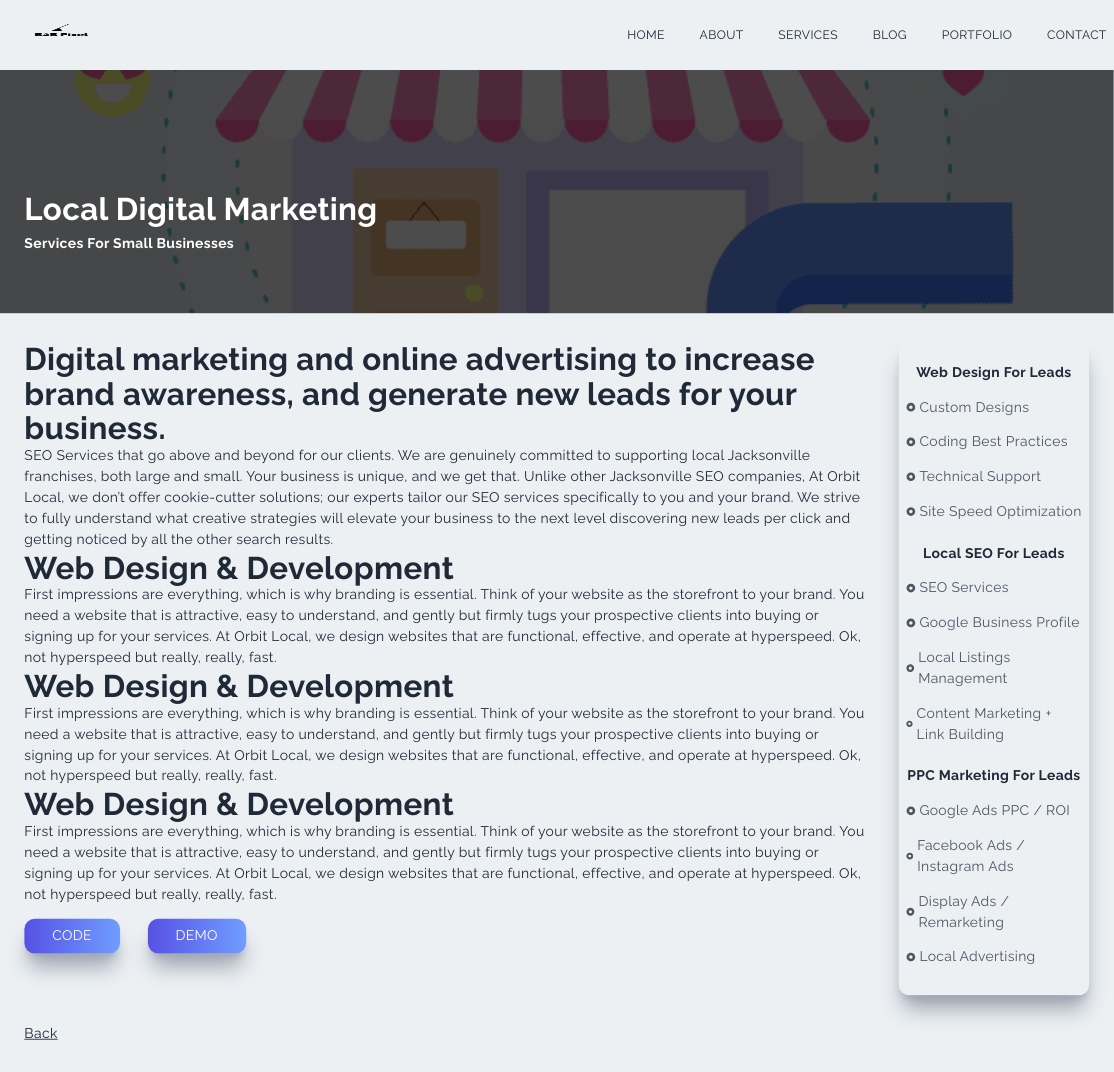
Repository: DID0101/nextjs.b2b
Page: /property
The author's editor kept a copy of each file at every save. The page is drawn from the files as they stood at one save, then again after the next save.
The browser window is 1280 px wide. The pictures show the whole page, at 87% of full size.
The project was rebuilt for these pictures with package versions that can differ from the ones it lists, and the page was loaded fresh each time. The framework's server and built-in components were replaced by stand-ins that run in the browser. Also part of the build but not shown: next.config.js.

Above is the page before, as saved 2024-01-22 02:44:19.

### pages/property.jsx
import Image from 'next/image';
import React from 'react';
import propertyImg from '../public/assets/projects/property.jpg';
import { RiRadioButtonFill } from 'react-icons/ri';
import Link from 'next/link';

const property = () => {
  return (
    <div className='w-full'>
      <div className='w-screen h-[50vh] relative'>
        <div className='absolute top-0 left-0 w-full h-[50vh] bg-black/70 z-10' />
        <Image
          className='absolute z-1'
          layout='fill'
          objectFit='cover'
          src={propertyImg}
          alt='/'
        />
        <div className='absolute top-[70%] max-w-[1240px] w-full left-[50%] right-[50%] translate-x-[-50%] translate-y-[-50%] text-white z-10 p-2'>
          <h2 className='py-2'>Local Digital Marketing</h2>
          <h3>Services For Small Businesses</h3>
        </div>
      </div>

      <div className='max-w-[1240px] mx-auto p-2 grid md:grid-cols-5 gap-8 py-8'>
        <div className='col-span-4'>
          {/* <p>Project</p> */}
          <h2>Digital marketing and online advertising to increase brand awareness, and generate new leads for your  business.</h2>
          <p>
          SEO Services that go above and beyond for our clients. We are genuinely committed to supporting local Jacksonville franchises, both large and small. Your business is unique, and we get that. Unlike other Jacksonville SEO companies, At Orbit Local, we don’t offer cookie-cutter solutions; our experts tailor our SEO services specifically to you and your brand. We strive to fully understand what creative strategies will elevate your business to the next level discovering new leads per click and getting noticed by all the other search results.
          </p>
          <h2>Web Design & Development</h2>
          <p>
          First impressions are everything, which is why branding is essential. Think of your website as the storefront to your brand. You need a website that is attractive, easy to understand, and gently but firmly tugs your prospective clients into buying or signing up for your services. At Orbit Local, we design websites that are functional, effective, and operate at hyperspeed. Ok, not hyperspeed but really, really, fast.
          </p>
          <h2>Web Design & Development</h2>
          <p>
          First impressions are everything, which is why branding is essential. Think of your website as the storefront to your brand. You need a website that is attractive, easy to understand, and gently but firmly tugs your prospective clients into buying or signing up for your services. At Orbit Local, we design websites that are functional, effective, and operate at hyperspeed. Ok, not hyperspeed but really, really, fast.
          </p>
          <h2>Web Design & Development</h2>
          <p>
          First impressions are everything, which is why branding is essential. Think of your website as the storefront to your brand. You need a website that is attractive, easy to understand, and gently but firmly tugs your prospective clients into buying or signing up for your services. At Orbit Local, we design websites that are functional, effective, and operate at hyperspeed. Ok, not hyperspeed but really, really, fast.
          </p>
          <a
            href='https://github.com/fireclint/property-finder'
            target='_blank'
            rel='noreferrer'
          >
            <button className='px-8 py-2 mt-4 mr-8'>Code</button>
          </a>
          <a
            href='https://property-finder-development.web.app/'
            target='_blank'
            rel='noreferrer'
          >
            <button className='px-8 py-2 mt-4'>Demo</button>
          </a>
        </div>
        <div className='col-span-4 md:col-span-1 shadow-xl shadow-gray-400 rounded-xl py-4'>
          <div className='p-2'>
            <p className='text-center font-bold pb-2'>Web Design For Leads</p>
            <div className='grid grid-cols-3 md:grid-cols-1'>
              <p className='text-gray-600 py-2 flex items-center'>
                <RiRadioButtonFill className='pr-1' /> Custom Designs
              </p>
              <p className='text-gray-600 py-2 flex items-center'>
                <RiRadioButtonFill className='pr-1' /> Coding Best Practices
              </p>
              <p className='text-gray-600 py-2 flex items-center'>
                <RiRadioButtonFill className='pr-1' /> Technical Support
              </p>
              <p className='text-gray-600 py-2 flex items-center'>
                <RiRadioButtonFill className='pr-1' /> Site Speed Optimization
              </p>

            </div>
          </div>
          <div className='p-2'>
            <p className='text-center font-bold pb-2'>Local SEO For Leads</p>
            <div className='grid grid-cols-3 md:grid-cols-1'>
              <p className='text-gray-600 py-2 flex items-center'>
                <RiRadioButtonFill className='pr-1' /> SEO Services
              </p>
              <p className='text-gray-600 py-2 flex items-center'>
                <RiRadioButtonFill className='pr-1' /> Google Business Profile
              </p>
              <p className='text-gray-600 py-2 flex items-center'>
                <RiRadioButtonFill className='pr-1' /> Local Listings Management
              </p>
              <p className='text-gray-600 py-2 flex items-center'>
                <RiRadioButtonFill className='pr-1' /> Content Marketing + Link Building
              </p>

            </div>
          </div>
          <div className='p-2'>
            <p className='text-center font-bold pb-2'>PPC Marketing For Leads</p>
            <div className='grid grid-cols-3 md:grid-cols-1'>
              <p className='text-gray-600 py-2 flex items-center'>
                <RiRadioButtonFill className='pr-1' /> Google Ads PPC / ROI
              </p>
              <p className='text-gray-600 py-2 flex items-center'>
                <RiRadioButtonFill className='pr-1' /> Facebook Ads / Instagram Ads
              </p>
              <p className='text-gray-600 py-2 flex items-center'>
                <RiRadioButtonFill className='pr-1' /> Display Ads / Remarketing
              </p>
              <p className='text-gray-600 py-2 flex items-center'>
                <RiRadioButtonFill className='pr-1' /> Local Advertising
              </p>

            </div>
          </div>
        </div>


        <Link href='/#projects'>
          <p className='underline cursor-pointer'>Back</p>
        </Link>
      </div>
    </div>
  );
};

export default property;

### components/Navbar.jsx
import Image from 'next/image';
import Link from 'next/link';
import React, { useState, useEffect } from 'react';
import { AiOutlineClose, AiOutlineMail, AiOutlineMenu } from 'react-icons/ai';
import { FaGithub, FaLinkedinIn } from 'react-icons/fa';
import { BsFillPersonLinesFill } from 'react-icons/bs';
// import { useRouter } from 'next/router';
import NavLogo from '../public/assets/navLogo.png'

const Navbar = () => {
  const [nav, setNav] = useState(false);
  const [shadow, setShadow] = useState(false);
  const [navBg, setNavBg] = useState('#ecf0f3');
  const [linkColor, setLinkColor] = useState('#1f2937');
  // const [position, setPosition] = useState('fixed')
  // const router = useRouter();

  // useEffect(() => {
  //   if (
  //     router.asPath === '/property' ||
  //     router.asPath === '/crypto' ||
  //     router.asPath === '/netflix' ||
  //     router.asPath === '/twitch'
  //   ) {
  //     setNavBg('transparent');
  //     setLinkColor('#ecf0f3');
  //   } else {
  //     setNavBg('#ecf0f3');
  //     setLinkColor('#1f2937');
  //   }
  // }, [router]);

  const handleNav = () => {
    setNav(!nav);
  };

  useEffect(() => {
    const handleShadow = () => {
      if (window.scrollY >= 90) {
        setShadow(true);
      } else {
        setShadow(false);
      }
    };
    window.addEventListener('scroll', handleShadow);
  }, []);

  return (
    <div
      style={{ backgroundColor: `${navBg}` }}
      className={
        shadow
          ? 'fixed w-full h-20 shadow-xl z-[100] ease-in-out duration-300'
          : 'fixed w-full h-20 z-[100]'
      }
    >
      <div className='flex justify-between items-center w-full h-full px-2 2xl:px-16'>
        <Link href='/'>
          <a>
            <Image
              src={NavLogo}
              alt='/'
              width='125'
              height='50'
              className='cursor-pointer'
            />
          </a>
        </Link>
        <div>
          <ul style={{ color: `${linkColor}` }} className='hidden md:flex'>
            <li className='ml-10 text-sm uppercase hover:border-b'>
              <Link href='/'>Home</Link>
            </li>
            <li className='ml-10 text-sm uppercase hover:border-b'>
              <Link href='/#about'>About</Link>
            </li>
            <li className='ml-10 text-sm uppercase hover:border-b'>
              <Link href='/#skills'>Services</Link>
            </li>
            <li className='ml-10 text-sm uppercase hover:border-b'>
              <Link href='/#projects'>Blog</Link>
            </li>
            <li className='ml-10 text-sm uppercase hover:border-b'>
              <Link href='/resume'>Portfolio</Link>
            </li>
            <li className='ml-10 text-sm uppercase hover:border-b'>
              <Link href='/#contact'>Contact</Link>
            </li>
          </ul>
          {/* Hamburger Icon */}
          <div
            style={{ color: `${linkColor}` }}
            onClick={handleNav}
            className='md:hidden'
          >
            <AiOutlineMenu size={25} />
          </div>
        </div>
      </div>

      {/* Mobile Menu */}
      {/* Overlay */}
      <div
        className={
          nav ? 'md:hidden fixed left-0 top-0 w-full h-screen bg-black/70' : ''
        }
      >
        {/* Side Drawer Menu */}
        <div
          className={
            nav
              ? ' fixed left-0 top-0 w-[75%] sm:w-[60%] md:w-[45%] h-screen bg-[#ecf0f3] p-10 ease-in duration-500'
              : 'fixed left-[-100%] top-0 p-10 ease-in duration-500'
          }
        >
          <div>
            <div className='flex w-full items-center justify-between'>
              <Link href='/'>
                <a>
                  <Image
                    src={NavLogo}
                    width='87'
                    height='35'
                    alt='/'
                  />
                </a>
              </Link>
              <div
                onClick={handleNav}
                className='rounded-full shadow-lg shadow-gray-400 p-3 cursor-pointer'
              >
                <AiOutlineClose />
              </div>
            </div>
            <div className='border-b border-gray-300 my-4'>
              <p className='w-[85%] md:w-[90%] py-4'>
                Let&#39;s build something legendary together
              </p>
            </div>
          </div>
          <div className='py-4 flex flex-col'>
            <ul className='uppercase'>
              <Link href='/'>
                <li onClick={() => setNav(false)} className='py-4 text-sm'>
                  Home
                </li>
              </Link>
              <Link href='/#about'>
                <li onClick={() => setNav(false)} className='py-4 text-sm'>
                  About
                </li>
              </Link>
              <Link href='/#skills'>
                <li onClick={() => setNav(false)} className='py-4 text-sm'>
                  Skills
                </li>
              </Link>
              <Link href='/#projects'>
                <li onClick={() => setNav(false)} className='py-4 text-sm'>
                  Projects
                </li>
              </Link>
              <Link href='/resume'>
                <li onClick={() => setNav(false)} className='py-4 text-sm'>
                  Resume
                </li>
              </Link>
              <Link href='/#contact'>
                <li onClick={() => setNav(false)} className='py-4 text-sm text-[#ac4d5a]'>
                  Save My Spot
                </li>
              </Link>
            </ul>
            <div className='pt-40'>
              <p className='uppercase tracking-widest text-[#5651e5]'>
                Let&#39;s Connect
              </p>
              <div className='flex items-center justify-between my-4 w-full sm:w-[80%]'>
                <a
                  href='https://www.linkedin.com/in/clint-briley-50056920a/'
                  target='_blank'
                  rel='noreferrer'
                >
                  <div className='rounded-full shadow-lg shadow-gray-400 p-3 cursor-pointer hover:scale-105 ease-in duration-300'>
                    <FaLinkedinIn />
                  </div>
                </a>
                <a
                  href='https://github.com/fireclint'
                  target='_blank'
                  rel='noreferrer'
                >
                  <div className='rounded-full shadow-lg shadow-gray-400 p-3 cursor-pointer hover:scale-105 ease-in duration-300'>
                    <FaGithub />
                  </div>
                </a>
                <Link href='/#contact'>
                  <div
                    onClick={() => setNav(!nav)}
                    className='rounded-full shadow-lg shadow-gray-400 p-3 cursor-pointer hover:scale-105 ease-in duration-300'
                  >
                    <AiOutlineMail />
                  </div>
                </Link>
                <Link href='/resume'>
                  <div
                    onClick={() => setNav(!nav)}
                    className='rounded-full shadow-lg shadow-gray-400 p-3 cursor-pointer hover:scale-105 ease-in duration-300'
                  >
                    <BsFillPersonLinesFill />
                  </div>
                </Link>
              </div>
            </div>
          </div>
        </div>
      </div>
    </div>
  );
};

export default Navbar;

Loaded but not shown: pages/_app.js (common file); pages/_document.js (common file); styles/globals.css (common file); tailwind.config.js (common file)

After the next save:
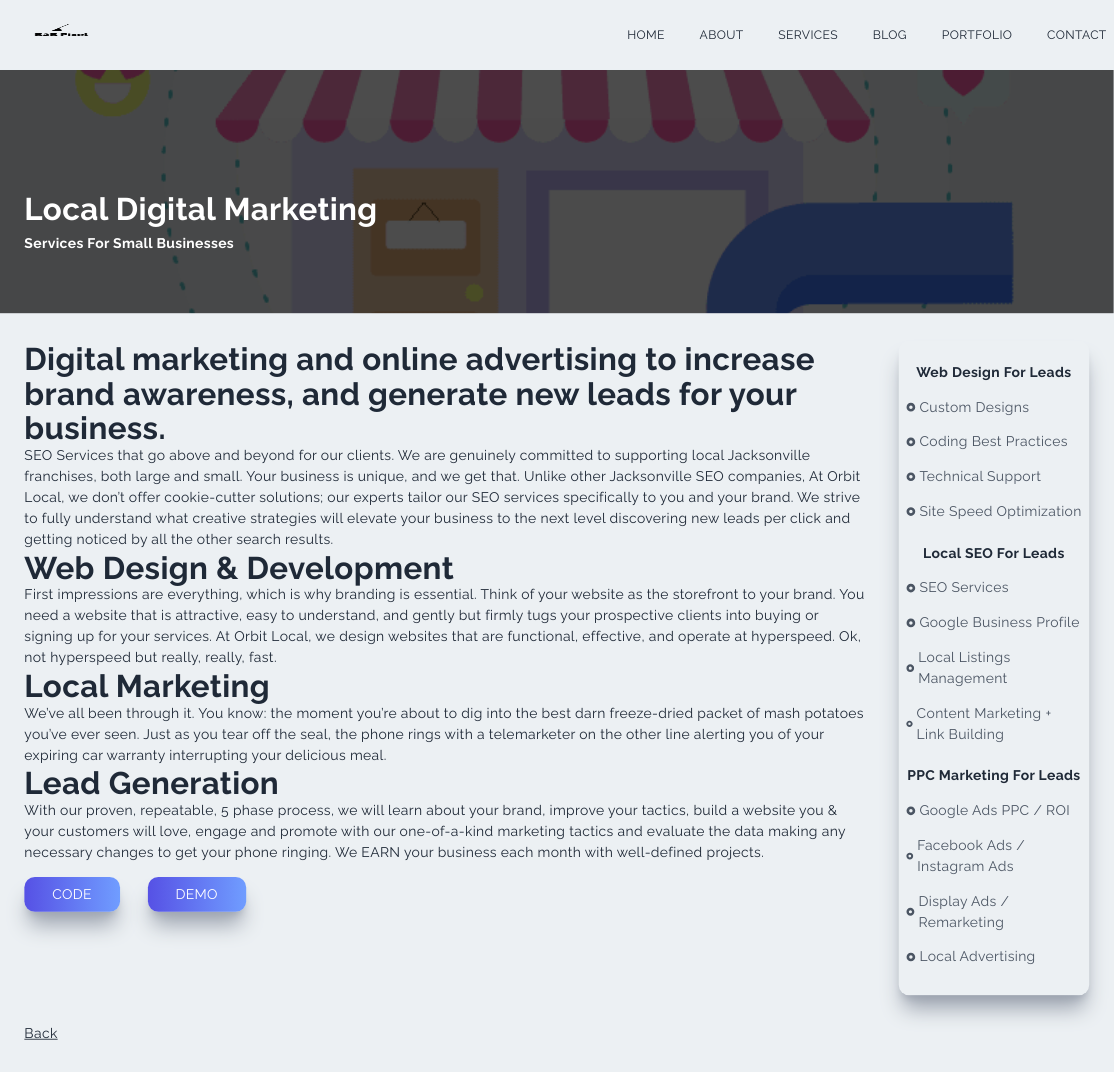
Saved 44 s later.
--- a/pages/property.jsx
+++ b/pages/property.jsx
@@ -33,13 +33,13 @@
           <p>
           First impressions are everything, which is why branding is essential. Think of your website as the storefront to your brand. You need a website that is attractive, easy to understand, and gently but firmly tugs your prospective clients into buying or signing up for your services. At Orbit Local, we design websites that are functional, effective, and operate at hyperspeed. Ok, not hyperspeed but really, really, fast.
           </p>
-          <h2>Web Design & Development</h2>
+          <h2>Local Marketing</h2>
           <p>
-          First impressions are everything, which is why branding is essential. Think of your website as the storefront to your brand. You need a website that is attractive, easy to understand, and gently but firmly tugs your prospective clients into buying or signing up for your services. At Orbit Local, we design websites that are functional, effective, and operate at hyperspeed. Ok, not hyperspeed but really, really, fast.
+          We’ve all been through it. You know: the moment you’re about to dig into the best darn freeze-dried packet of mash potatoes you’ve ever seen. Just as you tear off the seal, the phone rings with a telemarketer on the other line alerting you of your expiring car warranty interrupting your delicious meal.
           </p>
-          <h2>Web Design & Development</h2>
+          <h2>Lead Generation</h2>
           <p>
-          First impressions are everything, which is why branding is essential. Think of your website as the storefront to your brand. You need a website that is attractive, easy to understand, and gently but firmly tugs your prospective clients into buying or signing up for your services. At Orbit Local, we design websites that are functional, effective, and operate at hyperspeed. Ok, not hyperspeed but really, really, fast.
+          With our proven, repeatable, 5 phase process, we will learn about your brand, improve your tactics, build a website you & your customers will love, engage and promote with our one-of-a-kind marketing tactics and evaluate the data making any necessary changes to get your phone ringing. We EARN your business each month with well-defined projects.
           </p>
           <a
             href='https://github.com/fireclint/property-finder'
